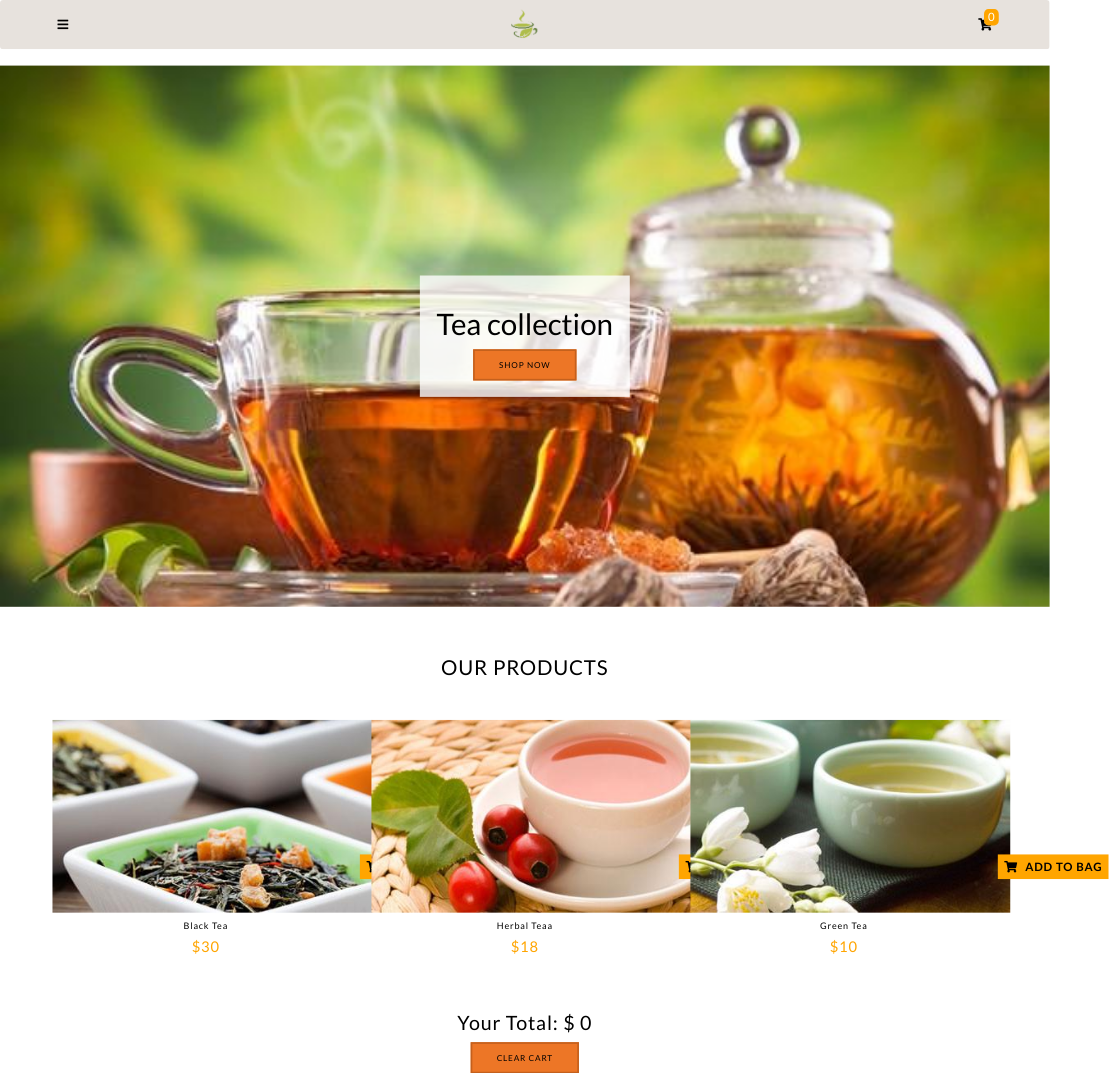
Repository: amorawskanew/Project-2
Page: index.html
The author's editor kept a record of every edit. The page is drawn from the files as they stood at one moment, then again after the next edit.
The browser window is 1280 px wide. The page is 1352 px wide, then 1280 px, so the pictures cover 1352 px, including what lies to the right of the window. The pictures show the whole page, at 82% of full size.
Some web libraries are served in a nearby version.

Above is the page before.

### index.html
<!DOCTYPE html>
<html lang="en">

<head>
    <meta charset="UTF-8">
    <meta name="viewport" content="width=device-width, initial-scale=1.0">
    <meta http-equiv="X-UA-Compatible" content="ie=edge">
    <title>Document</title>

    <link rel="stylesheet" href="https://maxcdn.bootstrapcdn.com/bootstrap/3.4.0/css/bootstrap.min.css">
    <script src="https://ajax.googleapis.com/ajax/libs/jquery/3.4.1/jquery.min.js"></script>
    <script src="https://maxcdn.bootstrapcdn.com/bootstrap/3.4.0/js/bootstrap.min.js"></script>

    <!--fontawsome-->
    <link href="https://use.fontawesome.com/releases/v5.0.7/css/all.css" rel="stylesheet">
    <!--custom css-->
    <link rel="stylesheet" href="styles.css">
</head>

<body>
    <!--navbar-->
    <nav class="navbar navbar-expand-lg navbar-dark  fixed-top">
        <div class="navbar-center">
            <span class="nav-icon">
              <i class="fas fa-bars"></i>
          </span>
            <img src="./images/logo9.png"></img>
            <div class="cart-btn">
                <span class="nav-icon">
                  <i class="fas fa-cart-plus"></i>
              </span>
                <div class="cart-items">0

                </div>
            </div>
        </div>

    </nav>
    <!--end of navbar-->


    <!--hero-->
    <header class="hero">
        <div class="banner">
            <h1 class="banner-tittle">Tea collection</h1>
            <button class="banner-btn">shop now</button>
        </div>
    </header>
    <!--end of hero-->
    <!--products-->

    <section class="products">
        <div class="section-title">
            <h2>OUR PRODUCTS</h2>
        </div>
        <div class="products-center">
            <!--single product-->
            <article class="product">
                <div class="img-container">
                    <img src="./images/black tea1.jpg" alt="product" classs="product-img">
                    <button class="bag-btn" data-id="1">
                <i class="fas fa-shopping-cart"></i>
                Add to bag
                </button>
                </div>
                <h3>Black tea</h3>
                <h4>$30</h4>
            </article>

            <!--single product-->
            <article class="product">
                <div class="img-container">
                    <img src="./images/herbal-tea1.jpg" alt="product" classs="product-img">
                    <button class="bag-btn" data-id="2">
                <i class="fas fa-shopping-cart"></i>
                Add to bag
                </button>
                </div>
                <h3>Herbal teaa</h3>
                <h4>$18</h4>
            </article>
            <!--single product-->
            <article class="product">
                <div class="img-container">
                    <img src="./images/green-tea1.jpg" alt="product" classs="product-img">
                    <button class="bag-btn" data-id="3">
                <i class="fas fa-shopping-cart"></i>
                Add to bag
                </button>
                </div>
                <h3>Green tea</h3>
                <h4>$10</h4>
            </article>
            <!--end of single product-->
        </div>
    </section>
    <!--end of single products-->
    <!--cart-->
    <div class="cart-overlay">
        <div class="cart">
            <span class="close-cart">
                        <i class="fas fa-window-close"></i>
                    </span>
            <h2>Your cart</h2>
            <div class="cart-content">
                <!--cart item-->
                <div clss="cart-item">
                    <img src="./thumbnail.images/black tea11.jpg" alt="product">
                </div>
                <h4 black tea></h4>
                <h5 $17></h5>
                <span class="remove-item">remove</span>
            </div>

      <!--</div>  -->
        <i class="fas fa-chevron-up"></i>
        <p class="item-amount">1</p>
        <i class="fas fa-chevron-down"></i>
    </div>
    </div>

    <!--end of cart-item-->
    </div>
    <div class="cart-footer">
        <h3> your total: $ <span class="cart-total">0</span></h3>
        <button class="clear-cart banner-btn">clear cart</button>
    </div>
    </div>
    </div>
    <!--end of cart-->

### styles.css



@import url("https://fonts.googleapis.com/css?family=Lato:400,700");

:root {

  --primaryColor: #f09d51
  --mainWhite: #fff
  --mainBlack: #222
  --mainGrey: #ececec
  --mainSpacing: 0.1rem
  --mainTransition: all 0.3s linear
}
* {
  margin: 0;
  padding: 0;
  box-sizing: border-box;
}
body {
  color: black;
  background: white;
  font-family: "Lato", sans-serif;

}
/* --------------- Navbar ---------------- */
.navbar {
  position: sticky;
  top: 0;
  height: 60px;
  width: 100%;
  display: flex;
  align-items: center;
  background: rgb(231, 226, 221);
  z-index: 1;
}
.navbar-center {
  width: 100%;
  max-width: 1170px;
  margin: 0 auto;
  display: flex;
  align-items: center;
  justify-content: space-between;
  padding: 0 1.5rem;
}
.nav-icon {
  font-size: 1.5rem;
}
.cart-btn {
  position: relative;
  cursor: pointer;
}
.cart-items {
  position: absolute;
  top: -8px;
  right: -8px;
  background: orange;
  padding: 0 5px;
  border-radius: 30%;
  color: white;
}
/* --------------- End of Navbar ---------------- */



/* --------------- Hero ---------------- */
.hero {
  min-height: calc(100vh - 60px);
  background: url("./images/hero-teq 12.jpg") center/cover no-repeat;
  display: flex;
  align-items: center;
  justify-content: center;

}
.banner {
  text-align: center;
  background: rgba(255, 255, 255, 0.8);
  display: inline-block;
  padding: 2rem;
}
.banner-title {
  font-size: 3.4rem;
  text-transform: uppercase;
  letter-spacing: 1rem;
  margin-bottom: 3rem;
}
.banner-btn {
  padding: 1rem 3rem;
  text-transform: uppercase;
  letter-spacing: 0.1rem ;
  font-size: 1rem;
  background: #ED7626;
  color:black;
  border: 2px solid #C4601D;
  transition: 0.3 linear;
  cursor: pointer;
}
.banner-btn:hover {
  background: #F5B562;
  color: black;
}
/* --------------- End of Hero ---------------- */
/* --------------- Products ---------------- */



.products {
  padding: 4rem 0;
}
.section-title h2 {
  text-align: center;
  font-size: 2.5rem;
  margin-bottom: 5rem;
  text-transform: capitalize;
  letter-spacing: 0.1rem;
}
.products-center {
  width: 90vw;
  margin: 0 auto;
  max-width: 1170px;
  display: grid;
  grid-template-columns: repeat(auto-fit, minmax(260px, 1fr));
  grid-column-gap: 1.5rem;
  grid-row-gap: 2rem;
}
.img-container {
  position: relative;
  overflow: visible ;
}
.bag-btn {
  position: absolute;
  top: 70%;
  right: 0;
  background: orange;
  border: none;
  text-transform: uppercase;
  padding: 0.5rem 0.75rem;
  letter-spacing: 0.1rem;
  font-weight: bold;
  transition:all 0.3s linear;;
  transform: translateX(101%);
  cursor: pointer;
}
.bag-btn:hover {
  color: white;
}
.fa-shopping-cart {
  margin-right: 0.5rem;
}
.img-container:hover .bag-btn {
  transform: translateX(0);
}
.product-img {
  display: block;
  width: 100%;
  min-height: 12rem;
  transition: all 0.3s linear;
}
.img-container:hover .product-img {
  opacity: 0.5;
}

.product h3 {
  text-transform: capitalize;
  font-size: 1.1rem;
  margin-top: 1rem;
  letter-spacing: 0.1rem;
  text-align: center;
}

.product h4 {
  margin-top: 0.7rem;
  letter-spacing: 0.1rem;
  color: orange;
  text-align: center;
}

/* ---------------End of Products ---------------- */
/* --------------- Cart ---------------- */
.cart-overlay {
  position: fixed;
  top: 0;
  right: 0;
  width: 100%;
  height: 100%;
  transition: all 0.3s linear;
  background: rgb(240, 157, 81, 0.5);
  z-index: 2;
  visibility: hidden;
}
.cart {
  position: fixed;
  top: 0;
  right: 0;
  width: 100%;
  height: 100%;
  overflow: scroll;
  z-index: 3;
  background: rgb(231, 226, 221);
  padding: 1.5rem;
  transition: all 0.3s linear;
  transform: translateX(100%);
}
.showCart {
  transform: translateX(0);
}
.transparentBcg {
  visibility: visible;
}
@media screen and (min-width: 768px) {
  .cart {
    width: 30vw;
    min-width: 450px;
  }
}

.close-cart {
  font-size: 1.7rem;
  cursor: pointer;
}
.cart h2 {
  text-transform: capitalize;
  text-align: center;
  letter-spacing: 0.1rem;
  margin-bottom: 2rem;
}
/*---------- Cart Item -------------------- */
.cart-item {
  display: grid;
  align-items: center;
  grid-template-columns: auto 1fr auto;
  grid-column-gap: 1.5rem;
  margin: 1.5rem 0;
}
.cart-item img {
  width: 75px;
  height: 75px;
}
.cart-item h4 {
  font-size: 0.85rem;
  text-transform: capitalize;
  letter-spacing: 0.1rem;
}
.cart-item h5 {
  margin: 0.5rem 0;
  letter-spacing: 0.1rem;
}
.item-amount {
  text-align: center;
}
.remove-item {
  color: grey;
  cursor: pointer;
}
.fa-chevron-up,
.fa-chevron-down {
  color: orange;
  cursor: pointer;
}
/*---------- End of Cart Item -------------------- */

.cart-footer {
  margin-top: 2rem;
  letter-spacing: 0.1rem;
  text-align: center;
}
.cart-footer h3 {
  text-transform: capitalize;
  margin-bottom: 1rem;
}

/* --------------- End of Cart ---------------- */

After the next edit:
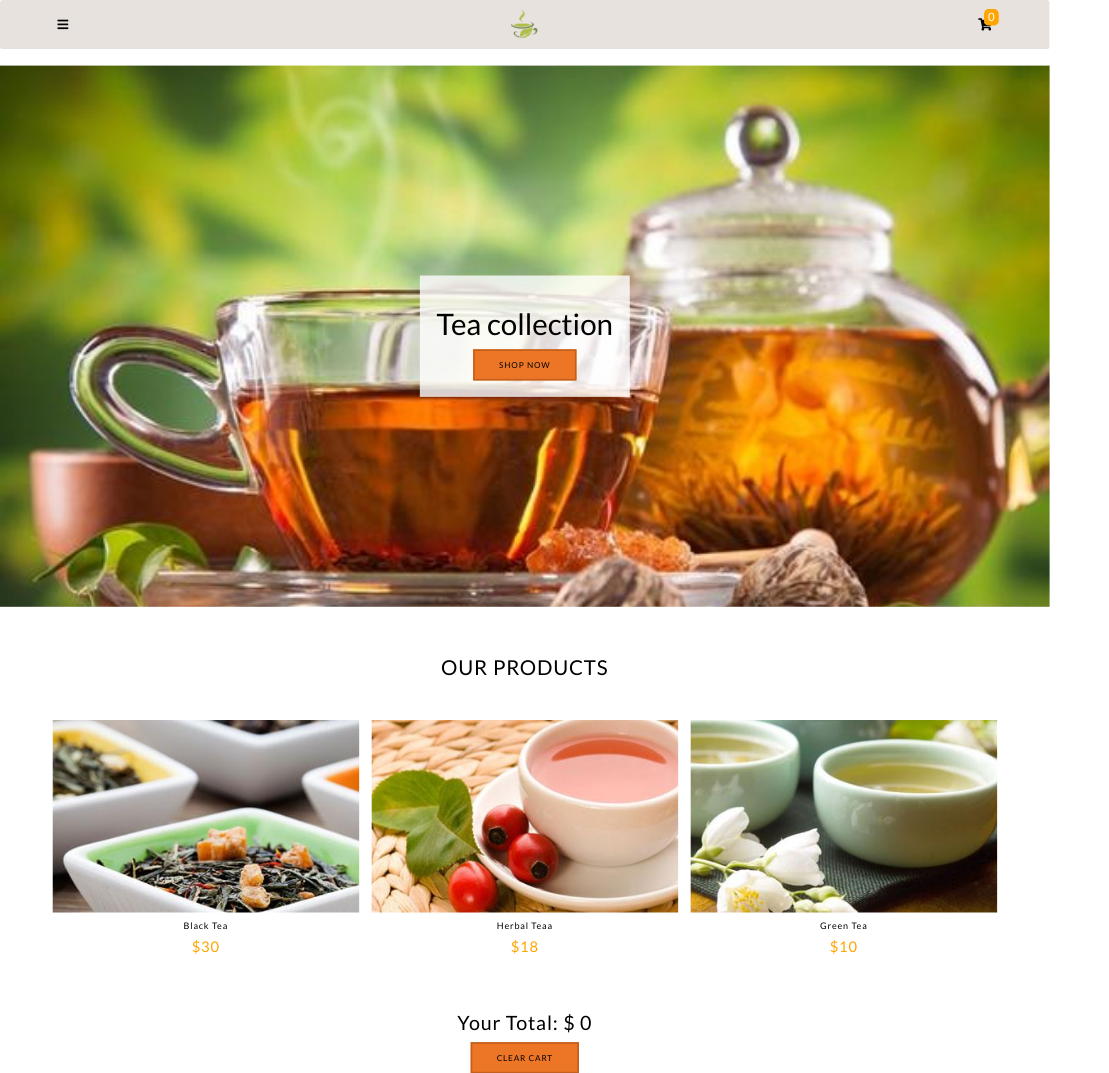
The edit:
--- a/styles.css
+++ b/styles.css
@@ -125,7 +125,7 @@
 }
 .img-container {
   position: relative;
-  overflow: visible ;
+  overflow: hidden ;
 }
 .bag-btn {
   position: absolute;
